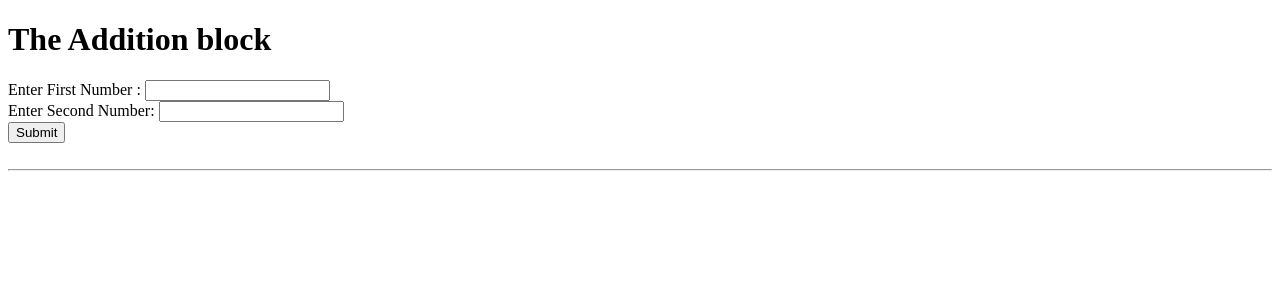
Repository: kunalquantum/jsp2
Page: demoApp/src/main/webapp/index2.html
These files come from the project's save history. The page is drawn as it stood at one moment and after the next save; the edit follows.
The browser window is 1280 px wide. The pictures show the whole page.

Above is the page before, as saved 2024-06-12 06:09:20.

### demoApp/src/main/webapp/index2.html
<!DOCTYPE html>
<html>
<head>
<meta charset="UTF-8">
<title>Form page</title>
</head>
<body>

<h1>The Addition block</h1>
<form action ="add" method="Get">

Enter First Number : <input type="text" name="num1"><br>
Enter Second Number: <input type="text" name="num2"><br>
<input type="submit"><br>

</form>
<br>
<hr>




</body>
</html>

After the next save:
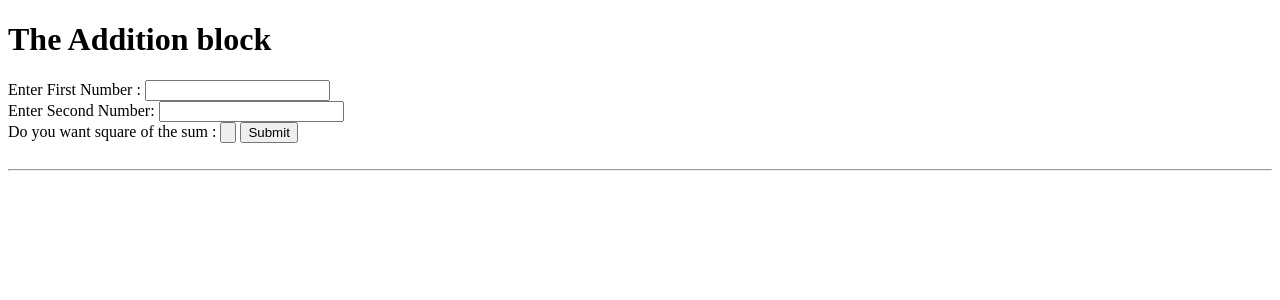
Saved 62 s later.
--- a/demoApp/src/main/webapp/index2.html
+++ b/demoApp/src/main/webapp/index2.html
@@ -11,6 +11,8 @@
 
 Enter First Number : <input type="text" name="num1"><br>
 Enter Second Number: <input type="text" name="num2"><br>
+
+Do you want square of the sum : <input type="button" name="val">
 <input type="submit"><br>
 
 </form>
